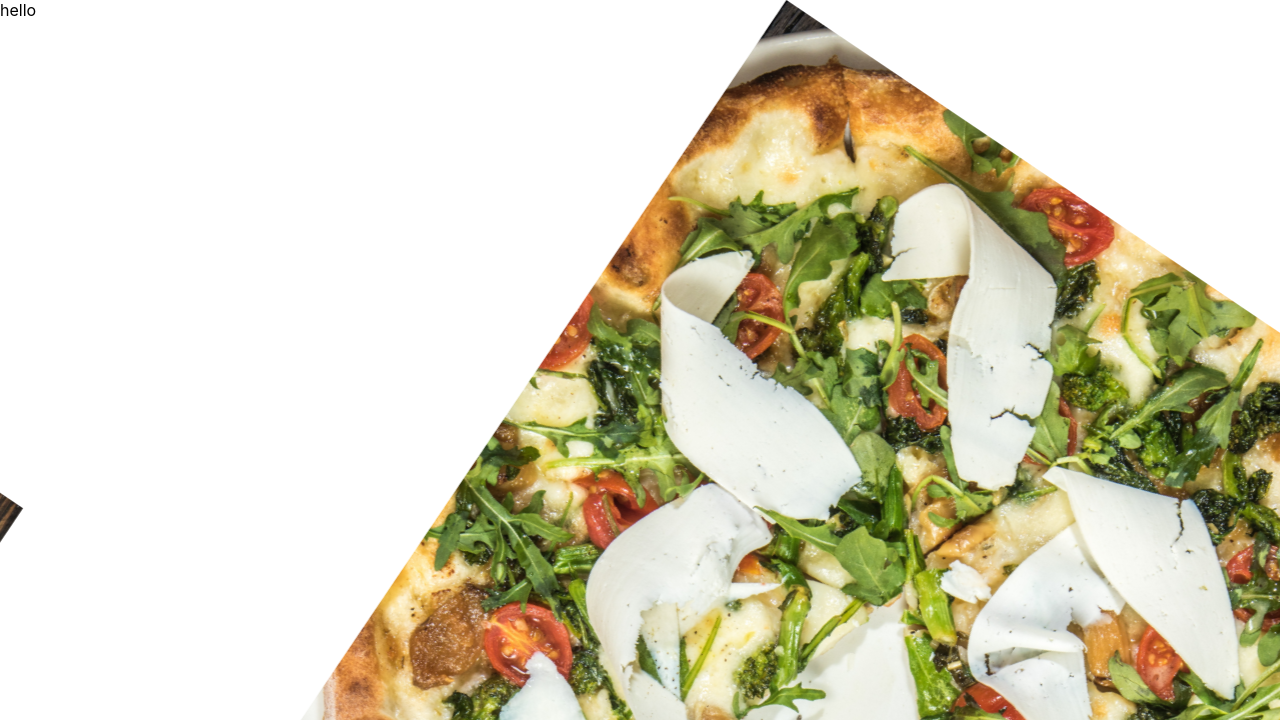
Repository: hobsond/DeliveryApp
Page: / (app in delivery/)
An editor plug-in stored every save of this project. The page is shown before and after the next save, followed by the edit.
The browser window is 1280 px wide. The pictures show the whole page.
The project was rebuilt for these pictures with package versions that can differ from the ones it lists, and the page was loaded fresh each time.

Above is the page before, as saved 2021-02-16 21:03:10.

After the next save:
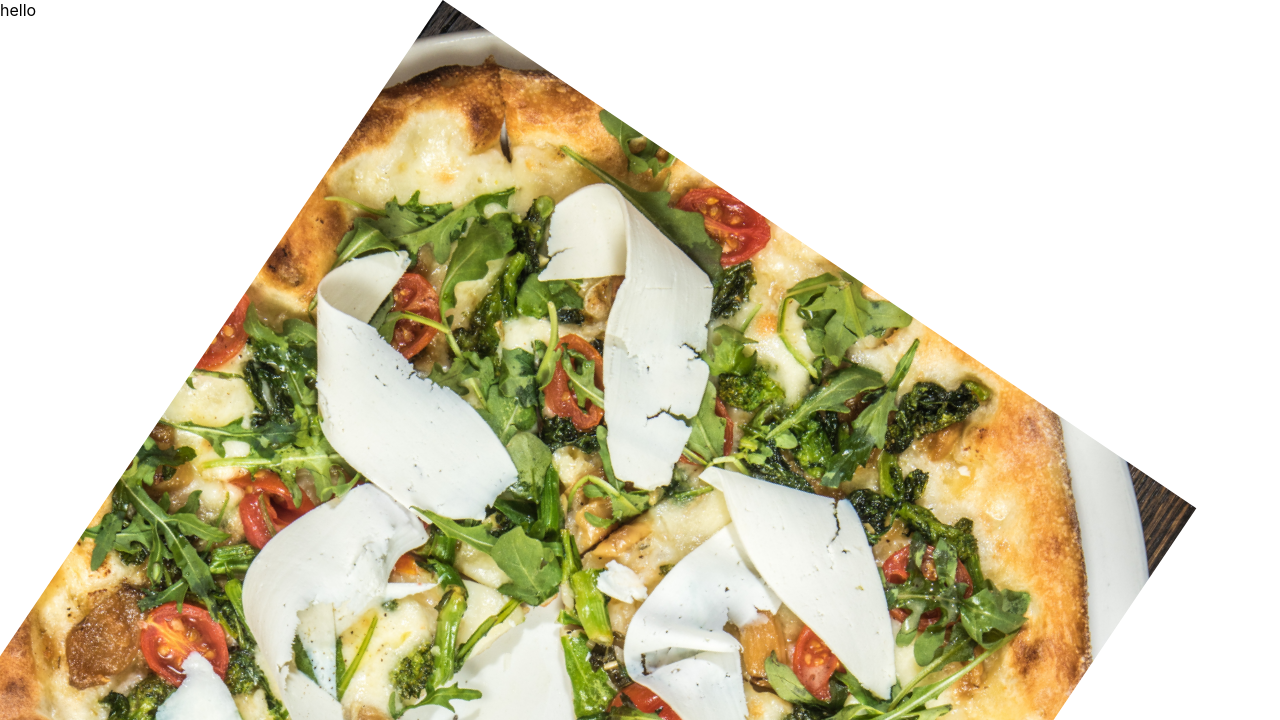
Saved 8 s later.
--- a/delivery/src/App.css
+++ b/delivery/src/App.css
@@ -1,5 +1,5 @@
 .App{
   background:url('./images/mobile/homeScreen/bgMobile.png');
   height:100vh;
-  background-position-x: -10%;
+  background-position-x: -20em;
 }
